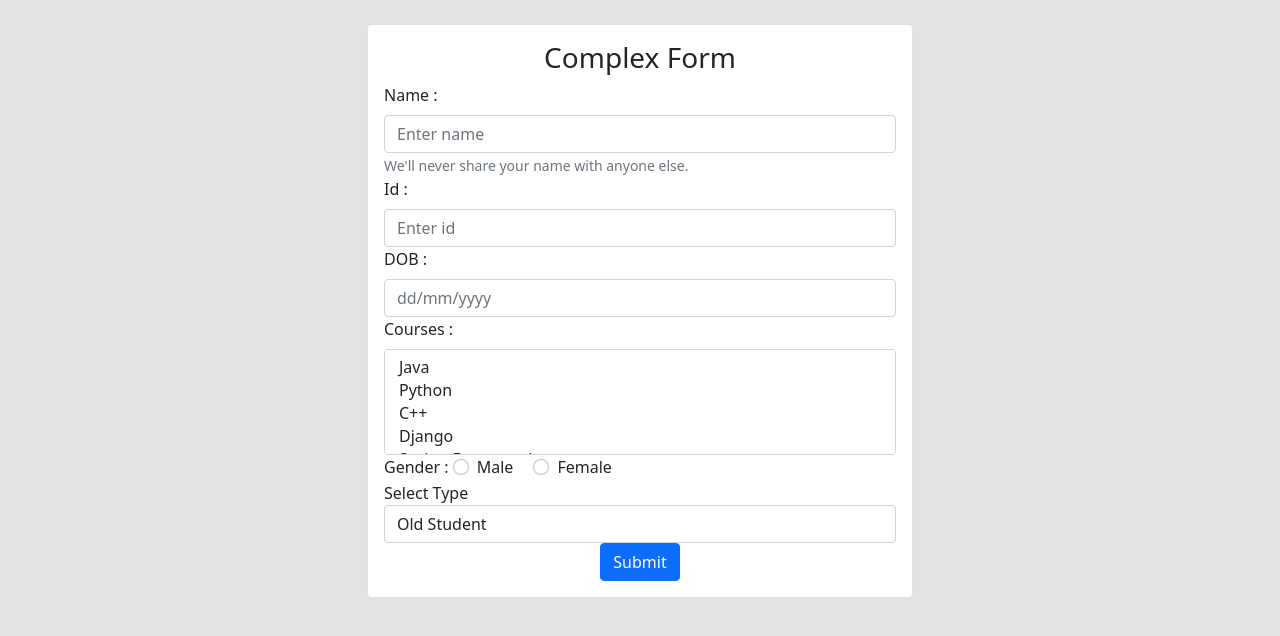
Repository: urvashimalviya/crudDemo
Page: http://localhost/SearchProject/WEB-INF/views/complex_form.jsp
An editor plug-in stored every save of this project. The page is shown before and after the next save, followed by the edit.
The browser window is 1280 px wide. The pictures show the whole page.
The page is served by Tomcat 9. Nobody is signed in. The template is opened directly, without the code that normally fills it, so the values that code supplies are empty.

Above is the page before, as saved 2021-08-18 09:35:56.

After the next save:
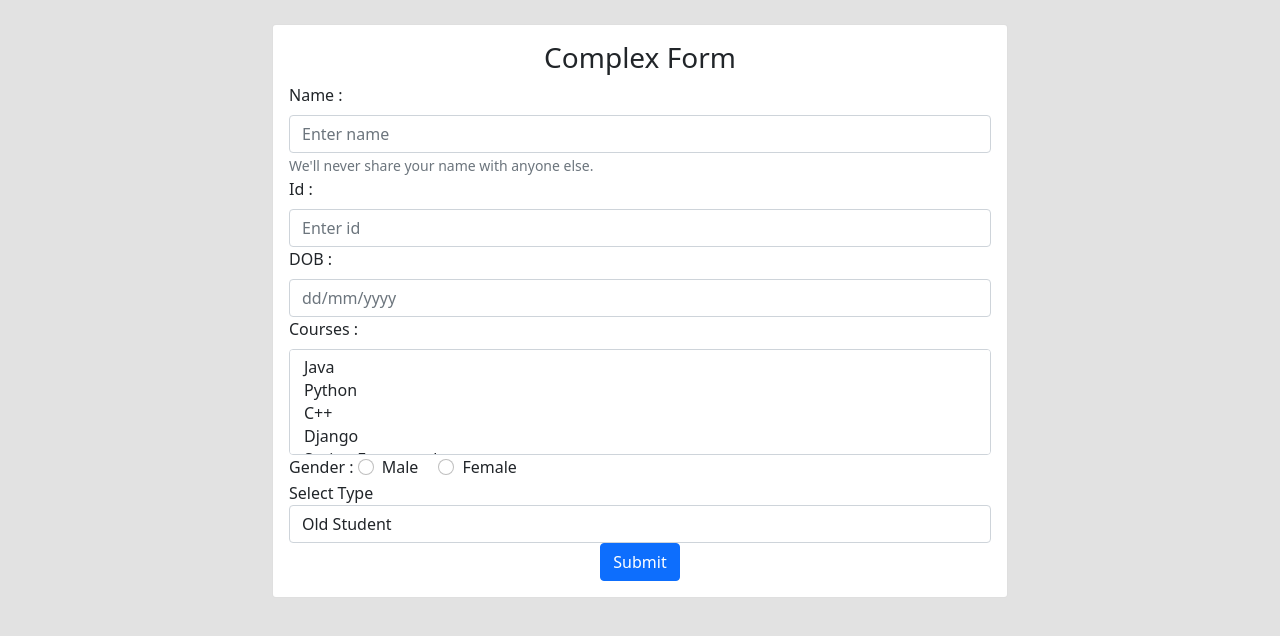
Saved 4 min 5 s later.
--- a/SearchProject/src/main/webapp/WEB-INF/views/complex_form.jsp
+++ b/SearchProject/src/main/webapp/WEB-INF/views/complex_form.jsp
@@ -24,7 +24,7 @@
 
 		<div class="row">
 
-			<div class="col-md-6 offset-md-3">
+			<div class="col-md-8 offset-md-2">
 				<div class="card">
 					<div class="card-body">
 						<h3 class="text-center">Complex Form</h3>
